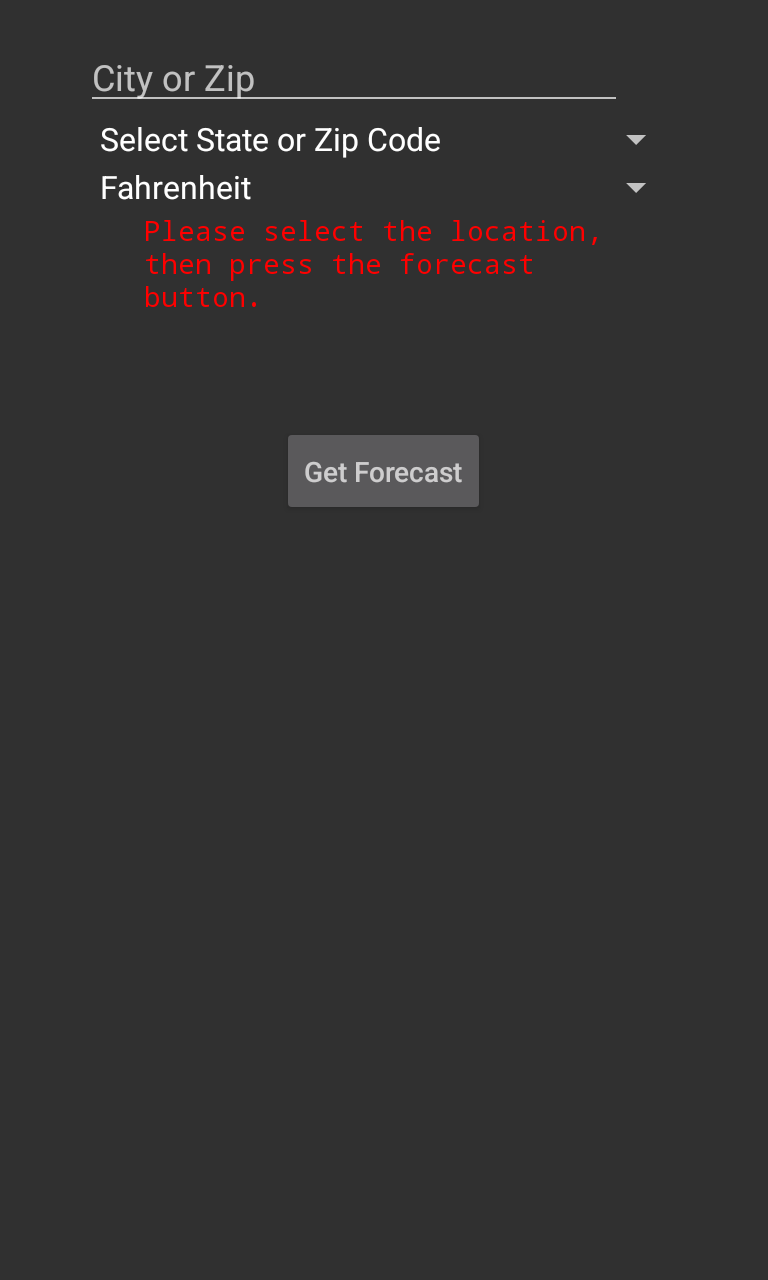
Repository: g80349/Java1
Layout: Week4/Weather/res/layout/activity_main.xml
An editor plug-in stored every save of this project. The layout is shown before and after the next save, followed by the edit.
It is drawn on a 768 x 1280 px phone screen (xhdpi) without system bars, with theme Theme.AppCompat; the app's code is not run.

Above is the layout before, as saved 2014-04-30 18:04:49.

### Week4/Weather/res/layout/activity_main.xml
<RelativeLayout xmlns:android="http://schemas.android.com/apk/res/android"
    xmlns:tools="http://schemas.android.com/tools"
    android:layout_width="match_parent"
    android:layout_height="match_parent"
    android:paddingBottom="@dimen/activity_vertical_margin"
    android:paddingLeft="@dimen/activity_horizontal_margin"
    android:paddingRight="@dimen/activity_horizontal_margin"
    android:paddingTop="@dimen/activity_vertical_margin"
    tools:context="com.example.weather.MainActivity$PlaceholderFragment" >

    <EditText
        android:id="@+id/edit_city"
        android:layout_width="300dp"
        android:layout_height="wrap_content"
        android:layout_alignLeft="@+id/state"
        android:layout_alignRight="@+id/forecast"
        android:hint="@string/cityText" />

    <Spinner
        android:id="@+id/state"
        android:layout_width="300dp"
        android:layout_height="wrap_content"
        android:layout_below="@+id/edit_city"
        android:layout_centerHorizontal="true"
        android:entries="@array/state_array" />

    <Spinner
        android:id="@+id/measurement"
        android:layout_width="300dp"
        android:layout_height="wrap_content"
        android:layout_alignLeft="@+id/state"
        android:layout_below="@+id/state"
        android:entries="@array/measurement_array" />

    <TextView
        android:id="@+id/forecast"
        android:layout_width="240dp"
        android:layout_height="wrap_content"
        android:layout_below="@+id/measurement"
        android:layout_centerHorizontal="true"
        android:text="@string/forecast_text"
        style="@style/textStyle"/>

    <Button
        android:id="@+id/enter"
        android:layout_width="wrap_content"
        android:layout_height="wrap_content"
        android:layout_below="@+id/forecast"
        android:layout_centerHorizontal="true"
        android:layout_marginTop="54dp"
        android:hint="@string/enter_button"
        android:onClick="onClick" />

</RelativeLayout>

### Week4/Weather/res/values/strings.xml
<?xml version="1.0" encoding="utf-8"?>
<resources>

    <string name="app_name">Weather</string>
    <string name="forecast_text">Please select the location, then press the forecast button.</string>
    <string name="action_settings">Settings</string>

    <string name="cityText">City or Zip</string>
    <string-array name="state_array">
        <item>Select State or Zip Code</item>
        <item>Zip Code</item>
        <item>AL</item>
        <item>AK</item>
        <item>AZ</item>
        <item>AR</item>
        <item>CA</item>
        <item>CO</item>
        <item>CT</item>
        <item>DE</item>
        <item>FL</item>
        <item>GA</item>
        <item>HI</item>
        <item>ID</item>
        <item>IL</item>
        <item>IN</item>
        <item>IA</item>
        <item>KS</item>
        <item>KY</item>
        <item>LA</item>
        <item>ME</item>
        <item>MD</item>
        <item>MA</item>
        <item>MI</item>
        <item>MN</item>
        <item>MS</item>
        <item>MO</item>
        <item>MT</item>
        <item>NE</item>
        <item>NV</item>
        <item>NH</item>
        <item>NJ</item>
        <item>NM</item>
        <item>NY</item>
        <item>NC</item>
        <item>ND</item>
        <item>OH</item>
        <item>OK</item>
        <item>OR</item>
        <item>PA</item>
        <item>RI</item>
        <item>SC</item>
        <item>SD</item>
        <item>TN</item>
        <item>TX</item>
        <item>UT</item>
        <item>VT</item>
        <item>VA</item>
        <item>WA</item>
        <item>WV</item>
        <item>WI</item>
        <item>WY</item>
    </string-array>
    <string-array name="measurement_array">
        <item>Fahrenheit</item>
        <item>Celcius</item>
    </string-array>

    <string name="enter_button">Get Forecast</string>

</resources>

### Week4/Weather/res/values/styles.xml
<resources>

    <!--
        Base application theme, dependent on API level. This theme is replaced
        by AppBaseTheme from res/values-vXX/styles.xml on newer devices.
    -->
    <style name="AppBaseTheme" parent="Theme.AppCompat.Light">
        <!--
            Theme customizations available in newer API levels can go in
            res/values-vXX/styles.xml, while customizations related to
            backward-compatibility can go here.
        -->
    </style>

    <!-- Application theme. -->
  <!--  <style name="AppTheme" parent="AppBaseTheme">
         All customizations that are NOT specific to a particular API-level can go here. -->
        <style name="textStyle" parent="@style/Theme.AppCompat">
			<item name="android:layout_width">fill_parent</item>
			<item name="android:layout_height">wrap_content</item>
			<item name="android:textColor">#FF0000</item>
			<item name="android:typeface">monospace</item>
		</style>
    <!--</style>-->

</resources>

Loaded but not shown: Week4/Weather/res/values/dimens.xml (common file); Week4/Weather/res/values-w820dp/dimens.xml (common file)

After the next save:
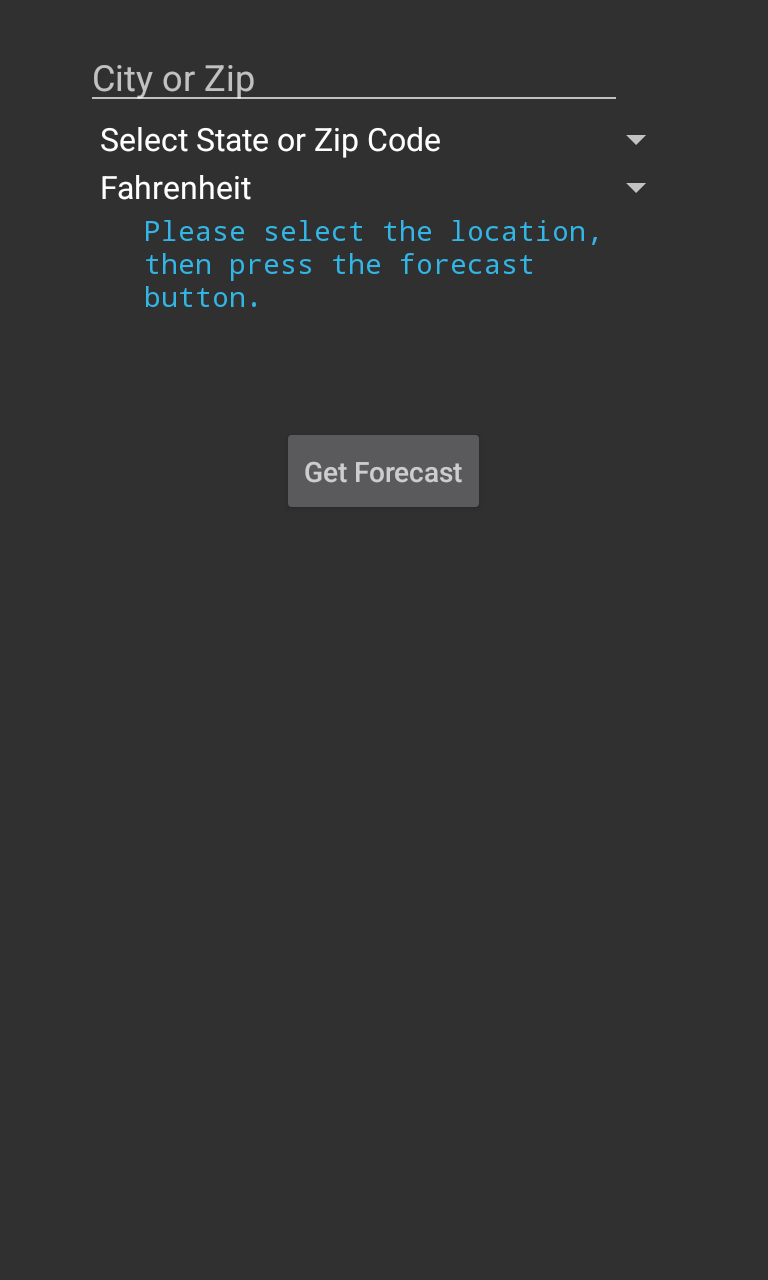
Saved 3 min 19 s later.
--- a/Week4/Weather/res/values/styles.xml
+++ b/Week4/Weather/res/values/styles.xml
@@ -18,7 +18,7 @@
         <style name="textStyle" parent="@style/Theme.AppCompat">
 			<item name="android:layout_width">fill_parent</item>
 			<item name="android:layout_height">wrap_content</item>
-			<item name="android:textColor">#FF0000</item>
+			<item name="android:textColor">#33B5E5</item>
 			<item name="android:typeface">monospace</item>
 		</style>
     <!--</style>-->
